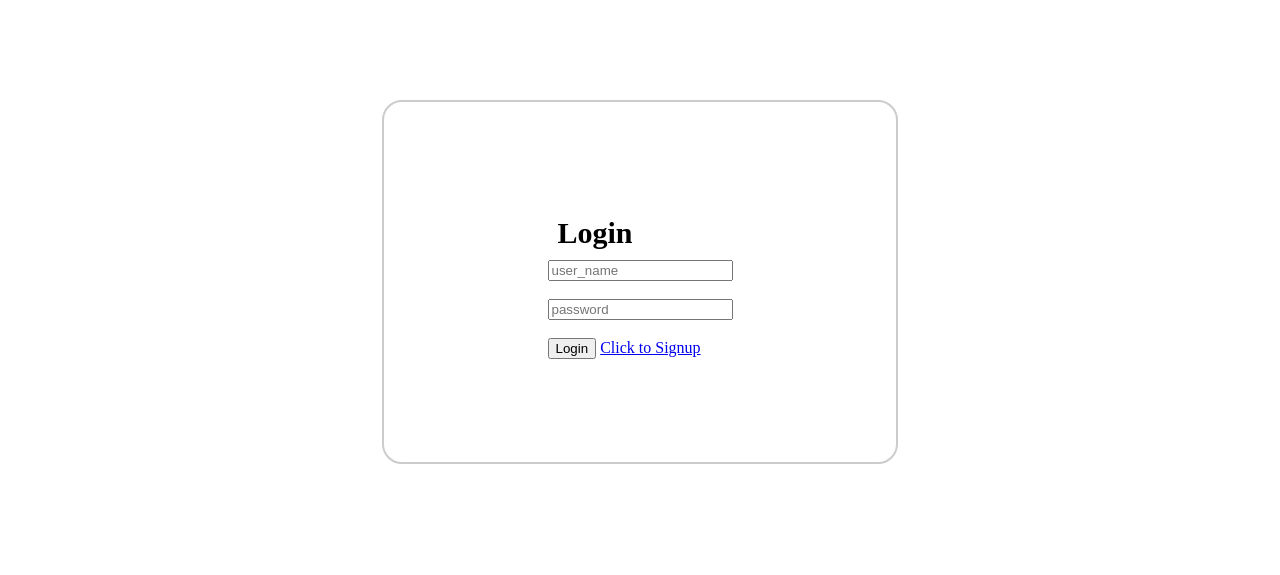
Repository: prathyushaa5/artgallery
Page: http://localhost/index/login.php
The author's editor kept a copy of each file at every save. The page is drawn from the files as they stood at one save, then again after the next save.
The browser window is 1280 px wide. The pictures show the whole page.
The page is run by PHP 8.4 with error messages shown; the project is at /var/www/html/.

Above is the page before, as saved 2023-11-16 13:42:30.

### index/login.php
<?php
session_start();
include("connection.php");
include("functions.php");


if($_SERVER['REQUEST_METHOD']== "POST"){
 //something was posted

$user_name= $_POST['user_name'];
$password= $_POST['password'];
if(!empty($user_name)&& !empty($password)){
  //read from database;
  $user_id=random_num(10);
  $query="select * from users where user_name='$user_name' limit 1";
  $result=mysqli_query($con,$query);
  if($result){
    if($result && mysqli_num_rows($result)>0)
{
    $user_data=mysqli_fetch_assoc($result);
     if($user_data['password']==$password){
        $_SESSION['user_id']=$user_data['user_id'];
        header("Location: art.php");
        die;
     }
}
 }
 echo "Please enter valid username or password!";

}else{
 echo "Please enter valid username or password!";
}
}


?>

<!DOCTYPE html>
<html lang="en">
<head>
    <meta charset="UTF-8">
    <meta name="viewport" content="width=device-width, initial-scale=1.0">
    <title>Login</title>
    <link rel="stylesheet" href="../index/style.css">
</head>
<body>
    <div class="box">
    <form method="post">
        <div class="login">Login</div>
    <input type="text" name="user_name" id="user_name" placeholder="user_name"><br><br>
    <input type="password" name="password" id="password" placeholder="password"><br><br>
    <input type="submit" value="Login">
    <a href="signup.php"> Click to Signup</a>
    </form>
    </div>
</body>
</html>

### index/connection.php
<?php

$dbhost="localhost";
$dbuser="root";
$dbpass="";
$dbname="artgallery";

if(!$con=mysqli_connect($dbhost,$dbuser,$dbpass,$dbname)){
  die("failed connection");
}

### index/functions.php
<?php


function check_login($con){

  if(isset($_SESSION['user_id'])){

    $id=$_SESSION['user_id'];
    $query="select * from users where user_id='$id' limit 1";
    $result=mysqli_query($con,$query);
    if($result&&mysqli_num_rows($result)>0){
       $user_data=mysqli_fetch_assoc($result);
       return $user_data;
    }
  }
  //redirect to login
  header("Location :login.php");
  die;
}

function random_num($length){
    $text="";
    if($length<5){
        $length=5;
    }
    $len=rand(4,$length);
    for($i=0;$i<$len;$i++){
        $text .=rand(0,9);

    }
    return $text;
}

### index/style.css
body{
    padding:0px;
    margin:0px;
    background-color:#ffffff;
    display:flex;
    justify-content:center;
    align-items:center;
}
.login{
    margin:10px;
    font-size:30px;
    font-weight:bolder;
}
.box{
    width:40%;
    height:50vh;
    border:2px solid #ccc;
    margin:100px;
    display:flex;
    flex-direction:column;
    justify-content:center;
    align-items:center;
    border-radius:20px;
}

After the next save:
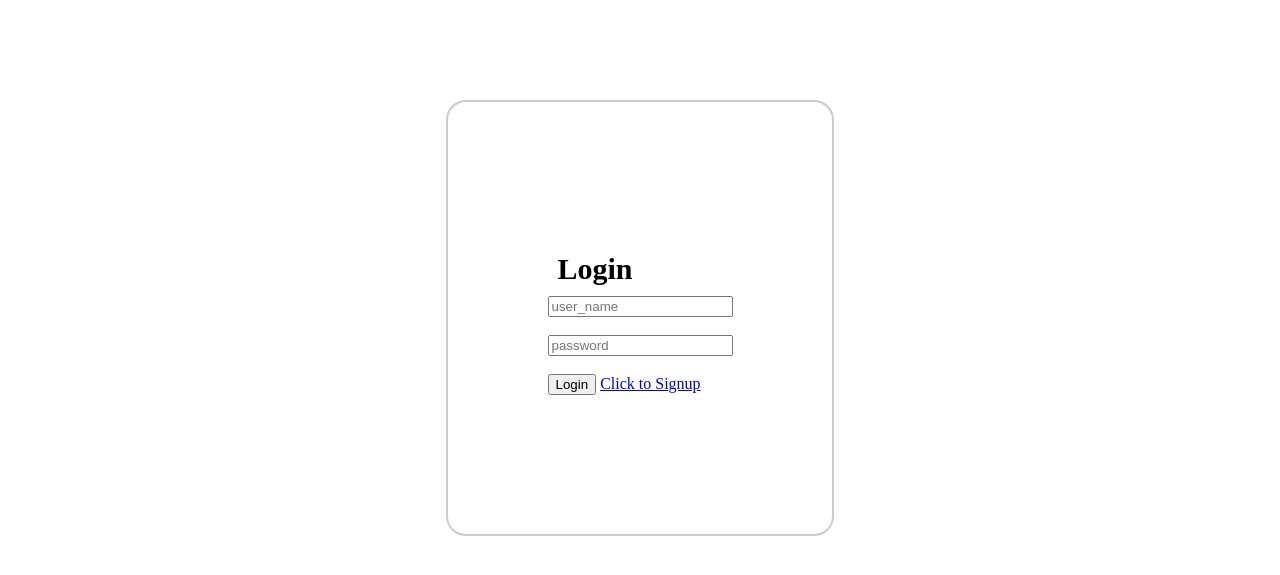
Saved 14 s later.
--- a/index/style.css
+++ b/index/style.css
@@ -12,8 +12,8 @@ body{
     font-weight:bolder;
 }
 .box{
-    width:40%;
-    height:50vh;
+    width:30%;
+    height:60vh;
     border:2px solid #ccc;
     margin:100px;
     display:flex;
